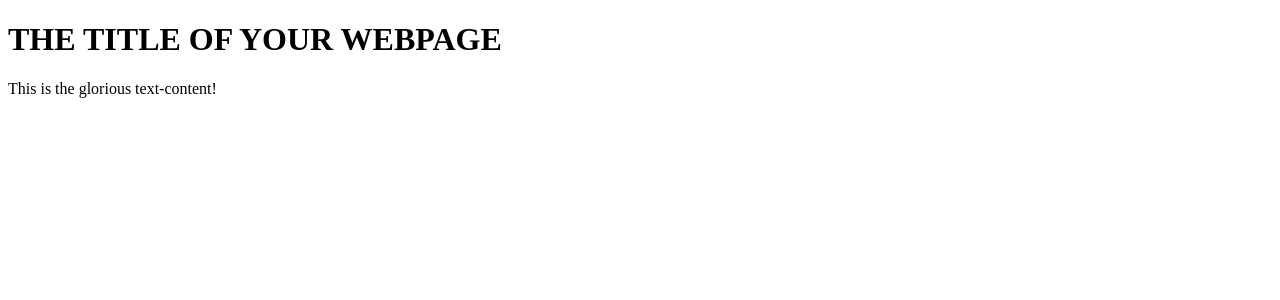
Repository: mnhardy1504/odin-recipes1
Page: repos/js-practice/indextwo.html
An editor plug-in stored every save of this project. The page is shown before and after the next save, followed by the edit.
The browser window is 1280 px wide. The pictures show the whole page.

Above is the page before, as saved 2023-10-14 19:23:53.
Console error: SyntaxError: Identifier 'content' has already been declared

After the next save:
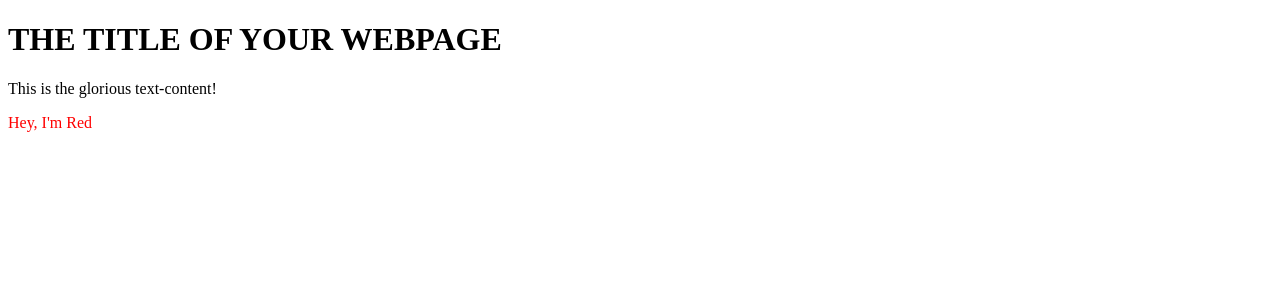
The error is gone.
Saved 11 s later.
--- a/repos/js-practice/indextwo.js
+++ b/repos/js-practice/indextwo.js
@@ -5,7 +5,3 @@ content.textContent = 'Hey, I\'m Red';
 content.style.color = 'red';
 
 container.appendChild(content);
-
-const content = document.createElement('h3');
-content.textContent = "I'm a blue h3";
-content.style.color = 'blue';
